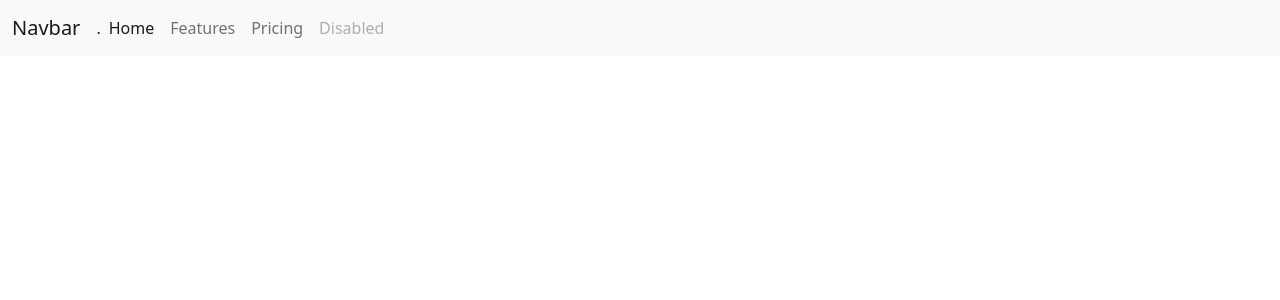
Repository: Paulinelali/try-bootstrap
Page: index.html
These files come from the project's save history. The page is drawn as it stood at one moment and after a run of saves; the edit follows.
The browser window is 1280 px wide. The pictures show the whole page.

Above is the page before, as saved 2023-04-13 08:49:30.

### index.html
<!doctype html>
<html lang="en">
  <head>
    <!-- Required meta tags -->
    <meta charset="utf-8">
    <meta name="viewport" content="width=device-width, initial-scale=1">

    <!-- Bootstrap CSS -->
    <link href="https://cdn.jsdelivr.net/npm/bootstrap@5.0.2/dist/css/bootstrap.min.css" rel="stylesheet" integrity="sha384-EVSTQN3/azprG1Anm3QDgpJLIm9Nao0Yz1ztcQTwFspd3yD65VohhpuuCOmLASjC" crossorigin="anonymous">

    <title>Hello, world!</title>
  </head>
  <body>
    <header>
      <nav class="navbar navbar-expand-lg navbar-light bg-light">
        <div class="container-fluid">
          <a class="navbar-brand" href="#">Navbar</a>
          .
          <button class="navbar-toggler" type="button" data-bs-toggle="collapse" data-bs-target="#navbarNav" aria-controls="navbarNav" aria-expanded="false" aria-label="Toggle navigation">
            <span class="navbar-toggler-icon"></span>
          </button>
          <div class="collapse navbar-collapse" id="navbarNav">
            <ul class="navbar-nav">
              <li class="nav-item">
                <a class="nav-link active" aria-current="page" href="#">Home</a>
              </li>
              <li class="nav-item">
                <a class="nav-link" href="#">Features</a>
              </li>
              <li class="nav-item">
                <a class="nav-link" href="#">Pricing</a>
              </li>
              <li class="nav-item">
                <a class="nav-link disabled" href="#" tabindex="-1" aria-disabled="true">Disabled</a>
              </li>
            </ul>
          </div>
        </div>
      </nav>
    </header>

    <!-- Optional JavaScript; choose one of the two! -->

    <!-- Option 1: Bootstrap Bundle with Popper -->
    <script src="https://cdn.jsdelivr.net/npm/bootstrap@5.0.2/dist/js/bootstrap.bundle.min.js" integrity="sha384-MrcW6ZMFYlzcLA8Nl+NtUVF0sA7MsXsP1UyJoMp4YLEuNSfAP+JcXn/tWtIaxVXM" crossorigin="anonymous"></script>

    <!-- Option 2: Separate Popper and Bootstrap JS -->
    <!--
    <script src="https://cdn.jsdelivr.net/npm/@popperjs/core@2.9.2/dist/umd/popper.min.js" integrity="sha384-IQsoLXl5PILFhosVNubq5LC7Qb9DXgDA9i+tQ8Zj3iwWAwPtgFTxbJ8NT4GN1R8p" crossorigin="anonymous"></script>
    <script src="https://cdn.jsdelivr.net/npm/bootstrap@5.0.2/dist/js/bootstrap.min.js" integrity="sha384-cVKIPhGWiC2Al4u+LWgxfKTRIcfu0JTxR+EQDz/bgldoEyl4H0zUF0QKbrJ0EcQF" crossorigin="anonymous"></script>
    -->
  </body>
</html>

After the next 2 saves:
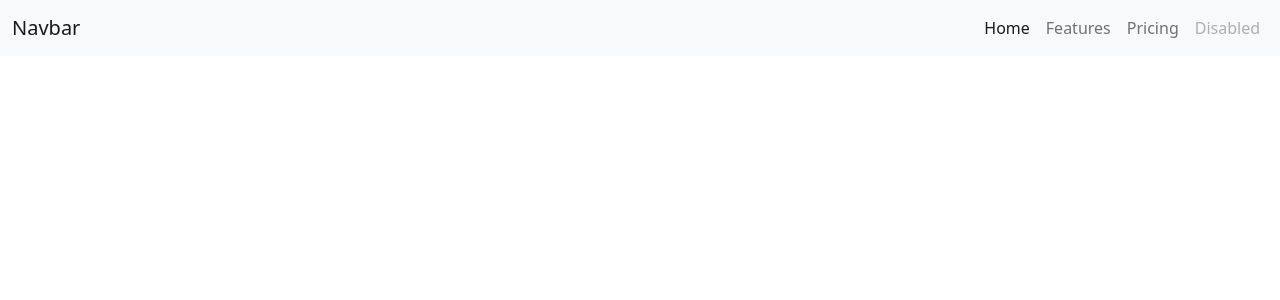
The 2 saves are shown as one change because they came seconds apart.
The last was saved 11 s later.
--- a/index.html
+++ b/index.html
@@ -15,7 +15,7 @@
       <nav class="navbar navbar-expand-lg navbar-light bg-light">
         <div class="container-fluid">
           <a class="navbar-brand" href="#">Navbar</a>
-          .
+          <div class="links">
           <button class="navbar-toggler" type="button" data-bs-toggle="collapse" data-bs-target="#navbarNav" aria-controls="navbarNav" aria-expanded="false" aria-label="Toggle navigation">
             <span class="navbar-toggler-icon"></span>
           </button>
